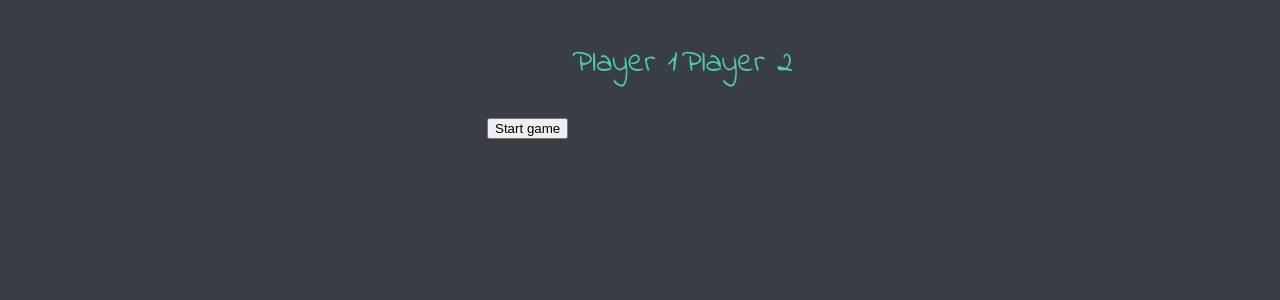
Repository: lyktk18798/mentorshipfe
Page: dice/dicee.html
These files come from the project's save history. The page is drawn as it stood at one moment and after the next save; the edit follows.
The browser window is 1280 px wide. The pictures show the whole page.

Above is the page before, as saved 2023-02-12 19:56:48.

### dice/dicee.html
<!DOCTYPE html>
<html lang="en" dir="ltr">
  <head>
    <meta charset="utf-8">
    <title>Dicee</title>
    <link rel="stylesheet" href="styles.css">
    <link href="https://fonts.googleapis.com/css?family=Indie+Flower|Lobster" rel="stylesheet">

  </head>
  <body>

    <div class="container">
      <button>Start game</button>

      <div class="dice">
        <p>Player 1</p>
        <img class="img1" src="">
      </div>

      <div class="dice">
        <p>Player 2</p>
        <img class="img2" src="">
      </div>

    </div>


  </body>
</html>

Loaded but not shown: dice/styles.css (common file); dice/main.js (no stored copy; drawn as an empty file)

After the next save:
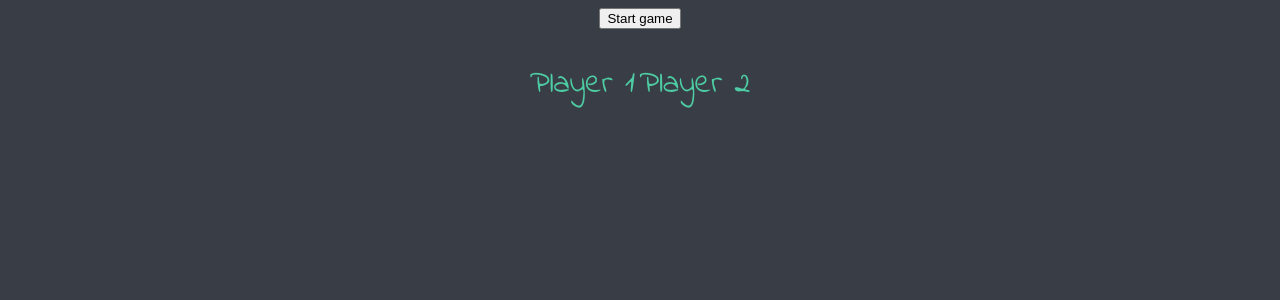
Saved 23 s later.
--- a/dice/dicee.html
+++ b/dice/dicee.html
@@ -11,6 +11,7 @@
 
     <div class="container">
       <button>Start game</button>
+      <br>
 
       <div class="dice">
         <p>Player 1</p>
@@ -22,8 +23,9 @@
         <img class="img2" src="">
       </div>
 
+      <p class="result"></p>
     </div>
 
-
+    <script src="./main.js"></script>
   </body>
 </html>
